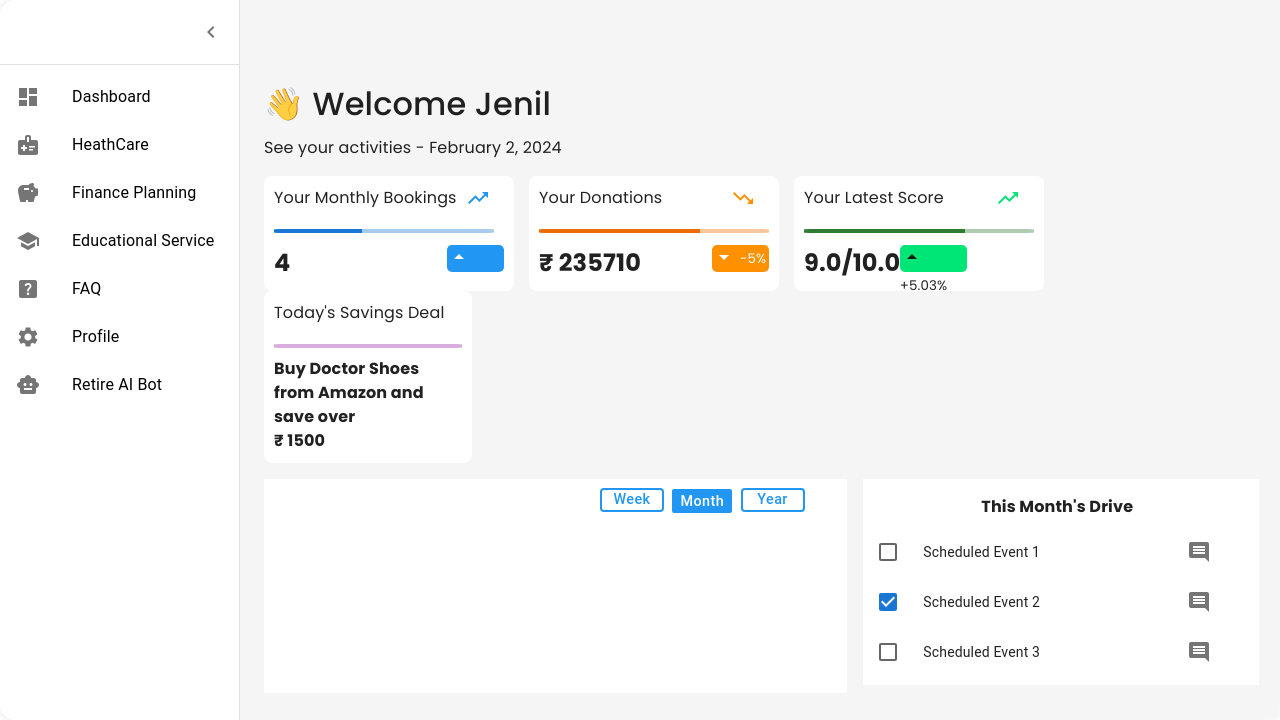
Repository: shubhampirate/Google_Solutions_Edural
Page: /dashboard
The author's editor kept a copy of each file at every save. The page is drawn from the files as they stood at one save, then again after the next save.
The browser window is 1280 px wide. The pictures show the whole page.
The page's requests for data from a server got no answer. The project was rebuilt for these pictures with package versions that can differ from the ones it lists, and the page was loaded fresh each time. Some packages were replaced by stand-ins written for this rebuild. No one was signed in, and anything a server would have sent is missing. Also part of the build but not shown: src/Components/CustomButton.jsx, src/Components/Navbar.jsx, src/Components/Footer.jsx, src/Components/CongratsCard.jsx, src/pages/Hero/Hero.jsx, src/pages/Sign_in.jsx.

Above is the page before, as saved 2024-02-03 17:34:17.

### src/index.js
import React from "react";
import ReactDOM from "react-dom/client";
import "./index.css";
import { GoogleOAuthProvider } from '@react-oauth/google';
import App from "./App";
import { BrowserRouter } from "react-router-dom";
const root = ReactDOM.createRoot(
    document.getElementById("root"));
root.render(
    <BrowserRouter>
<GoogleOAuthProvider clientId="730379698185-cv7a59sok9sod43v04ee6g6pt4gtaea2.apps.googleusercontent.com">
        {/* <React.StrictMode> */}
            <App />
        {/* </React.StrictMode> */}
    </GoogleOAuthProvider>
    </BrowserRouter>

);

### src/App.jsx
import Hero from "./pages/Hero/Hero";
import Dashboard from "./pages/Dashboard/Dashboard";
import SignIn from "./pages/Sign_in";
import {useState} from "react";
import { Route, Routes } from "react-router-dom";
function App() {
  return (
    <>
      {/* <Hero />   */}
      {/* <SignIn /> */}
      <Routes>
        <Route path="/signin" element={<><SignIn /></>} />
        <Route path="/dashboard" element={<><Dashboard /></>} />
        {/* <Route path="/education" element={<><Education /></>} /> */}
        {/* <Route path="/health" element={<><Health /></>} /> */}
        {/* <Route path="/profile" element={<><Profile /></>} /> */}
        {/* <Route path="/finance" element={<><Finance /></>} /> */}
        {/* <Route path="/questions" element={<><Questions /></>} /> */}
        {/* <Route path="/retireaibot" element={<><Bot /></>} /> */}
        <Route path="/" element={<><Hero /></>} />
      </Routes>
         </>
  );
}

export default App;

### src/pages/Dashboard/Dashboard.jsx
import * as React from 'react';
import { styled, createTheme, ThemeProvider } from '@mui/material/styles';
import CssBaseline from '@mui/material/CssBaseline';
import MuiDrawer from '@mui/material/Drawer';
import Box from '@mui/material/Box';
import MuiAppBar from '@mui/material/AppBar';
import Toolbar from '@mui/material/Toolbar';
import {
  LinearProgress, ListItem, CircularProgress, Checkbox, ListItemText, Dialog, DialogActions, DialogContent,
  DialogContentText, DialogTitle, ListItemIcon, ListItemButton
} from '@mui/material';
import TrendingUpIcon from '@mui/icons-material/TrendingUp';
// import { PieChart } from '@mui/x-charts/PieChart';
// import { useDrawingArea } from '@mui/x-charts/hooks';
import TrendingDownIcon from '@mui/icons-material/TrendingDown';
import List from '@mui/material/List';
import Divider from '@mui/material/Divider';
import IconButton from '@mui/material/IconButton';
import ArrowDropUpIcon from '@mui/icons-material/ArrowDropUp';
import ArrowDropDownIcon from '@mui/icons-material/ArrowDropDown';
import Grid from '@mui/material/Grid';
import MenuIcon from '@mui/icons-material/Menu';
import ChevronLeftIcon from '@mui/icons-material/ChevronLeft';
import { mainListItems } from '../../Components/listItems';
import axios from 'axios';
import Button from '@mui/material/Button';
import CommentIcon from '@mui/icons-material/Comment';
import Swal from 'sweetalert2';
import { useState } from 'react';
import { useEffect } from 'react';
// import { Bar } from "react-chartjs-2";
// import { BarElement, CategoryScale, Chart as ChartJS, Legend, LinearScale, Title, Tooltip } from "chart.js";
// import GoogleTranslateComponent from '../../Components/GoogleTranslateComponent';
// import csacc from "../../media/csacc.png"
// import creditscoremodel from "../../media/creditscoremodel.png"
// import creditflow from "../../media/creditflowchart.png"
// ChartJS.register(CategoryScale, LinearScale, BarElement, Title, Tooltip, Legend);

const drawerWidth = 240;

const AppBar = styled(MuiAppBar, {
  shouldForwardProp: (prop) => prop !== 'open',
})(({ theme, open }) => ({
  zIndex: theme.zIndex.drawer + 1,
  transition: theme.transitions.create(['width', 'margin'], {
    easing: theme.transitions.easing.sharp,
    duration: theme.transitions.duration.leavingScreen,
  }),
  ...(open && {
    marginLeft: drawerWidth,
    width: `calc(100% - ${drawerWidth}px)`,
    transition: theme.transitions.create(['width', 'margin'], {
      easing: theme.transitions.easing.sharp,
      duration: theme.transitions.duration.enteringScreen,
    }),
  }),
}));

const Drawer = styled(MuiDrawer, { shouldForwardProp: (prop) => prop !== 'open' })(
  ({ theme, open }) => ({
    '& .MuiDrawer-paper': {
      position: 'relative',
      whiteSpace: 'nowrap',
      width: drawerWidth,
      transition: theme.transitions.create('width', {
        easing: theme.transitions.easing.sharp,
        duration: theme.transitions.duration.enteringScreen,
      }),
      boxSizing: 'border-box',
      ...(!open && {
        overflowX: 'hidden',
        transition: theme.transitions.create('width', {
          easing: theme.transitions.easing.sharp,
          duration: theme.transitions.duration.leavingScreen,
        }),
        width: theme.spacing(7),
        [theme.breakpoints.up('sm')]: {
          width: theme.spacing(9),
        },
      }),
    },
  }),
);

var currentDate = new Date();

var months = [
  "January", "February", "March", "April", "May", "June",
  "July", "August", "September", "October", "November", "December"
];

var formattedDate = months[currentDate.getMonth()] + " " + currentDate.getDate() + ", " + currentDate.getFullYear();

const defaultTheme = createTheme();

export default function Dashboard() {
  const [open, setOpen] = React.useState(true);
  const toggleDrawer = () => {
    setOpen(!open);
  };

  const [expensedata, setExpensedata] = useState([])

  useEffect(() => {
    loadList();
  }, []);


  const loadList = async () => {
    const result = await axios.get(`https://wixstocle.pythonanywhere.com/api/expense/`, {
      headers: { "Authorization": `Token 11c868750d92deda81638c5a9a59177bdc7ae41a` },
    });
    console.log(result.data.data);
    setExpensedata(result.data.data);
  }

  const getLabels = () => expensedata.slice(-5).map(data => data.date);

  const getData = (key) => expensedata.slice(-5).map(data => data[key]);

  const optionsexpense = {
    indexAxis: 'x',
    elements: {
      bar: {
        borderWidth: 0,
      },
    },
    responsive: true,
    interaction: {
      mode: 'index',
      intersect: false,
    },
    scales: {
      x: {
        stacked: false,
      },
      y: {
        stacked: false,
      },
    },
    plugins: {
      legend: {
        position: 'top',
      }
    },
  };

  const dataexpense = {
    labels: getLabels(),
    datasets: [
      {
        label: 'Revenue',
        data: getData('income'),
        backgroundColor: '#2196f3',
      },
      {
        label: 'Spendings',
        data: getData('expense'),
        backgroundColor: '#ff9100',
      },
      {
        label: 'Savings',
        data: getData('savings'),
        backgroundColor: '#00e676',
      },
    ],
  };

  const today = new Date();
  const year = today.getFullYear();
  const month = String(today.getMonth() + 1).padStart(2, '0'); // Months are zero-based
  const day = String(today.getDate()).padStart(2, '0');

  const todayDate = `${year}-${month}-${day}`;

  const [userData, setUserData] = React.useState({
    income: '',
    savings: '',
    expense: '',
    date: todayDate,
    user: "tony@gmail.com"
  });

  const handleChangePlan = (field, value) => {
    setUserData((prevData) => ({ ...prevData, [field]: value }));
  };
  const creditscore = 87.4;

  const handlePostData = () => {
    console.log(userData);
    fetch(`https://wixstocle.pythonanywhere.com/api/expense/`, {
      method: 'POST',
      headers: {
        "Authorization": `Token 11c868750d92deda81638c5a9a59177bdc7ae41a`,
        'Content-Type': 'application/json',
      },
      body: JSON.stringify(userData),
    })
      .then((response) => response.json())
      .then((data) => {
        // console.log(data);
        if (data.status == true) {
          Swal.fire({
            icon: 'success',
            title: 'Successfully Saved the details',
            showConfirmButton: false,
            timer: 3000
          })
          setExpensedata([...expensedata, userData]);
        }
        else {
          Swal.fire({
            icon: 'error',
            title: data.message,
            showConfirmButton: false,
            timer: 3000
          })
        }
      });
  };


//   function PieCenterLabel({ children }) {
//     const { width, height, left, top } = useDrawingArea();
//     return (
//       <StyledText x={left + width / 2} y={top + height / 2}>
//         {children}
//       </StyledText>
//     );
//   }

  const [checked, setChecked] = React.useState([1]);

  const handleToggle = (value) => () => {
    const currentIndex = checked.indexOf(value);
    const newChecked = [...checked];

    if (currentIndex === -1) {
      newChecked.push(value);
    } else {
      newChecked.splice(currentIndex, 1);
    }

    setChecked(newChecked);
  };

//   const [openDia, setOpenDia] = useState(false);
//   const handleClickOpenDia = () => { setOpenDia(true); };
//   const handleCloseDia = () => { setOpenDia(false); };


  return (
    <ThemeProvider theme={defaultTheme}>
      <Box sx={{ display: 'flex', borderRadius: '16px', overflow: 'hidden', boxShadow: '0px 0px 10px rgba(0, 0, 0, 0.1)' }} >
        <CssBaseline />
        <AppBar position="absolute" open={open} sx={{ backgroundColor: "whitesmoke", boxShadow: 'none' }}>
          <Toolbar
            sx={{
              pr: '24px', // keep right padding when drawer closed
              display: 'flex',
              alignItems: 'center',
              justifyContent: 'space-between',
            }}>
            <Box sx={{ display: 'flex', alignItems: 'center' }}>
              <IconButton
                edge="start"
                aria-label="open drawer"
                onClick={toggleDrawer}
                sx={{
                  marginRight: '36px',
                  ...(open && { display: 'none' }),
                  backgroundColor: "#fff"
                }}>
                <MenuIcon />
              </IconButton>
            </Box>
          </Toolbar>
        </AppBar>
        <Drawer variant="permanent" open={open}>
          <Toolbar
            sx={{
              display: 'flex',
              alignItems: 'center',
              justifyContent: 'flex-end',
              px: [1],
            }}
          >
            {/* <GoogleTranslateComponent /> */}
            <IconButton onClick={toggleDrawer}>
              <ChevronLeftIcon />
            </IconButton>
          </Toolbar>
          <Divider />
          <List component="nav">
            {mainListItems}
          </List>
        </Drawer>
        <Box
          component="main"
          sx={{
            backgroundColor: (theme) =>
              theme.palette.mode === 'light'
                ? theme.palette.grey[100]
                : theme.palette.grey[900],
            flexGrow: 1,
            height: '100vh',
            overflow: 'auto',
          }}>
          <Toolbar />
          <Grid container spacing={2} marginTop="0.02rem" paddingLeft={3} paddingRight={2}>
            <Grid item xs={12}>
              <div style={{ fontSize: "2rem", fontWeight: "500" }}>👋 Welcome Jenil</div>
            </Grid>
            <Grid item xs={12} marginTop="-0.5rem">
              <div>See your activities - {formattedDate} </div>
            </Grid>
          </Grid>
          <Grid container spacing={2} marginTop="1rem" paddingLeft={5} paddingRight={2}>
            <Grid item xs={12} md={3} style={{ backgroundColor: "white", padding: "10px", marginRight: "15px", borderRadius: "0.5rem" }}>
              <Grid item xs={12}>
                <Grid container>
                  <Grid item xs={10}><div>Your Monthly Bookings</div></Grid>
                  <Grid item xs={2}><TrendingUpIcon sx={{ color: "#2196f3" }} /></Grid>
                </Grid>
                <Grid item xs={12}>
                  <LinearProgress variant="determinate" value={40} sx={{ color: "#2196f3", borderRadius: "10%", margin: "12px 10px 12px 0px" }} />
                </Grid>
                <Grid item xs={12}>
                  <Grid container>
                    <Grid item xs={9}>
                       <div style={{ fontSize: "1.5rem", fontWeight: "550" }}> 4</div>
                    </Grid>
                    <Grid item xs={3} style={{ backgroundColor: "#2196f3", color: "white", borderRadius: "5px", height: "1.65rem" }}>
                      <ArrowDropUpIcon /> <sup>+10%</sup>
                    </Grid>
                  </Grid>
                </Grid>
              </Grid>
            </Grid>
            <Grid item xs={12} md={3} style={{ backgroundColor: "white", padding: "10px", marginRight: "15px", borderRadius: "0.5rem" }}>
              <Grid item xs={12}>
                <Grid container>
                  <Grid item xs={10}><div>Your Donations</div></Grid>
                  <Grid item xs={2}><TrendingDownIcon sx={{ color: "#ff9100" }} /></Grid>
                </Grid>
                <Grid item xs={12}>
                  <LinearProgress variant="determinate" value={70} color='warning' sx={{ borderRadius: "10%", margin: "12px 0px" }} />
                </Grid>
                <Grid item xs={12}>
                  <Grid container>
                    <Grid item xs={9}>
                   <div style={{ fontSize: "1.5rem", fontWeight: "550" }}>₹ 235710</div>
                    </Grid>
                    <Grid item xs={3} style={{ backgroundColor: "#ff9100", color: "white", borderRadius: "5px", height: "1.65rem" }}>
                      <ArrowDropDownIcon /> <sup>-5%</sup>
                    </Grid>
                  </Grid>
                </Grid>
              </Grid>
            </Grid>
            <Grid item xs={12} md={3} style={{ backgroundColor: "white", padding: "10px", marginRight: "15px", borderRadius: "0.5rem" }}>
              <Grid item xs={12}>
                <Grid container>
                  <Grid item xs={10}><div>Your Latest Score</div></Grid>
                  <Grid item xs={2}><TrendingUpIcon sx={{ color: "#00e676" }} /></Grid>
                </Grid>
                <Grid item xs={12}>
                  <LinearProgress variant="determinate" value={70} color="success" style={{ borderRadius: "10%", margin: "12px 0px" }} />
                </Grid>
                <Grid item xs={12}>
                  <Grid container>
                    <Grid item xs={5}>
 <div style={{ fontSize: "1.5rem", fontWeight: "550" }}> 9.0/10.0</div>
                    </Grid>
                    <Grid item xs={3.5} style={{ backgroundColor: "#00e676", borderRadius: "5px", height: "1.65rem" }}>
                      <ArrowDropUpIcon /> <sup>+5.03%</sup>
                    </Grid>
                  </Grid>
                </Grid>
              </Grid>
            </Grid>
            <Grid item xs={12} md={2.5} style={{ backgroundColor: "white", padding: "10px", borderRadius: "0.5rem" }}>
              <Grid container spacing={2}>
                <Grid item xs={12}>Today's Savings Deal</Grid>
                <Grid item xs={12}>
                  <LinearProgress variant="determinate" value={0} color='secondary' sx={{ borderRadius: "10%", margin: "3px 0px" }} />
                </Grid>
                <Grid item xs={12} sx={{ fontWeight: "550", marginTop: "-10px" }}>Buy Doctor Shoes from Amazon and save over <br />₹ 1500</Grid>
              </Grid>
            </Grid>
          </Grid>
          <Grid container spacing={2} marginTop="1rem" paddingLeft={5} paddingRight={2} marginBottom={2}>
            <Grid item xs={7} sx={{ backgroundColor: "white", padding: "5px", marginRight: "1rem" }}>
              <Grid container spacing={2} padding={1}>
                <Grid xs={7}></Grid>
                <Grid xs={1.5}><Button style={{
                  borderColor: "#2196f3", color: "#2196f3", height: "1.5rem", textTransform: "capitalize",
                  fontSize: "0.9rem", border: "2px solid", textAlign: "left"
                }}>Week</Button></Grid>
                <Grid xs={1.5}><Button style={{
                  backgroundColor: "#2196f3", color: "white", height: "1.75rem", textTransform: "capitalize",
                  fontSize: "0.9rem", border: "2px solid", textAlign: "left"
                }}>Month</Button></Grid>
                <Grid xs={1}><Button style={{
                  borderColor: "#2196f3", color: "#2196f3", height: "1.5rem", textTransform: "capitalize",
                  fontSize: "0.9rem", border: "2px solid", textAlign: "left"
                }}>Year</Button></Grid>
                <Grid xs={12} marginTop={2}>
                  {/* <Bar options={optionsexpense} data={dataexpense} /> */}
                </Grid>
              </Grid>
            </Grid>
            <Grid item xs={4.75} >
              <Grid container spacing={2} >

                <Grid item xs={12}>
                  <Grid container spacing={2} sx={{ backgroundColor: "white", marginBottom: "0.5rem" }}>
                    <Grid item xs={12} style={{ textAlign: "center", marginLeft: "-0.75rem", fontWeight: "600" }}>This Month's Drive</Grid>
                    <List sx={{ width: '100%', maxWidth: 360, bgcolor: 'background.paper' }}>
                      {[0, 1, 2].map((value) => {
                        const labelId = `checkbox-list-label-${value}`;
                        return (
                          <ListItem
                            key={value}
                            secondaryAction={
                              <IconButton edge="end" aria-label="comments">
                                <CommentIcon />
                              </IconButton>
                            }
                            disablePadding
                          >
                            <ListItemButton role={undefined} onClick={handleToggle(value)} dense>
                              <ListItemIcon>
                                <Checkbox
                                  edge="start"
                                  checked={checked.indexOf(value) !== -1}
                                  tabIndex={-1}
                                  disableRipple
                                  inputProps={{ 'aria-labelledby': labelId }}
                                />
                              </ListItemIcon>
                              <ListItemText id={labelId} style={{ marginLeft: "-0.75rem" }} primary={`Scheduled Event ${value + 1}`} />
                            </ListItemButton>
                          </ListItem>
                        );
                      })}
                    </List>
                  </Grid>
                </Grid>
              </Grid>
            </Grid>
          </Grid>

        </Box>
      </Box >
    </ThemeProvider >
  );
}

### src/Components/listItems.jsx
import * as React from 'react';
import ListItemButton from '@mui/material/ListItemButton';
import ListItemIcon from '@mui/material/ListItemIcon';
import ListItemText from '@mui/material/ListItemText';
import DashboardIcon from '@mui/icons-material/Dashboard';
import MedicalInformationIcon from '@mui/icons-material/MedicalInformation';
import SavingsIcon from '@mui/icons-material/Savings';
import SchoolIcon from '@mui/icons-material/School';
import HelpCenterIcon from '@mui/icons-material/HelpCenter';
import SettingsIcon from '@mui/icons-material/Settings';
import SmartToyIcon from '@mui/icons-material/SmartToy';
import { Link } from 'react-router-dom';
// import GoogleTranslateComponent from './GoogleTranslateComponent';


export const mainListItems = (
  <>
    <React.Fragment>
      <Link to="/dashboard" style={{ textDecoration: "none", color: "black" }}>
        <ListItemButton>
          <ListItemIcon>
            <DashboardIcon />
          </ListItemIcon>
          <ListItemText primary="Dashboard" />
        </ListItemButton>
      </Link>
      <Link to="/health" style={{ textDecoration: "none", color: "black" }}>
        <ListItemButton>
          <ListItemIcon>
            <MedicalInformationIcon />
          </ListItemIcon>
          <ListItemText primary="HeathCare" />
        </ListItemButton>
      </Link>
      <Link to="/finance" style={{ textDecoration: "none", color: "black" }}>
        <ListItemButton>
          <ListItemIcon>
            <SavingsIcon />
          </ListItemIcon>
          <ListItemText primary="Finance Planning" />
        </ListItemButton>
      </Link>
      <Link to="/education" style={{ textDecoration: "none", color: "black" }}>
        <ListItemButton>
          <ListItemIcon>
            <SchoolIcon />
          </ListItemIcon>
          <ListItemText primary="Educational Service" />
        </ListItemButton>
      </Link>
      <Link to="/questions" style={{ textDecoration: "none", color: "black" }}>
        <ListItemButton>
          <ListItemIcon>
            <HelpCenterIcon />
          </ListItemIcon>
          <ListItemText primary="FAQ" />
        </ListItemButton>
      </Link>
      <Link to="/profile" style={{ textDecoration: "none", color: "black" }}>
        <ListItemButton>
          <ListItemIcon>
            <SettingsIcon />
          </ListItemIcon>
          <ListItemText primary="Profile" />
        </ListItemButton>
      </Link>
      <Link to="/retireaibot" style={{ textDecoration: "none", color: "black" }}>
        <ListItemButton>
          <ListItemIcon>
            <SmartToyIcon />
          </ListItemIcon>
          <ListItemText primary="Retire AI Bot" />
        </ListItemButton>
      </Link>
    </React.Fragment >
  </>
);

// export const secondaryListItems = (
//   <React.Fragment>
//     <ListSubheader component="div" inset>
//       Saved reports
//     </ListSubheader>
//     <ListItemButton>
//       <ListItemIcon>
//         <AssignmentIcon />
//       </ListItemIcon>
//       <ListItemText primary="Current month" />
//     </ListItemButton>
//     <ListItemButton>
//       <ListItemIcon>
//         <AssignmentIcon />
//       </ListItemIcon>
//       <ListItemText primary="Last quarter" />
//     </ListItemButton>
//     <ListItemButton>
//       <ListItemIcon>
//         <AssignmentIcon />
//       </ListItemIcon>
//       <ListItemText primary="Year-end sale" />
//     </ListItemButton>
//   </React.Fragment>
// );

Loaded but not shown: public/index.html (common file); src/index.css (common file)

After the next save:
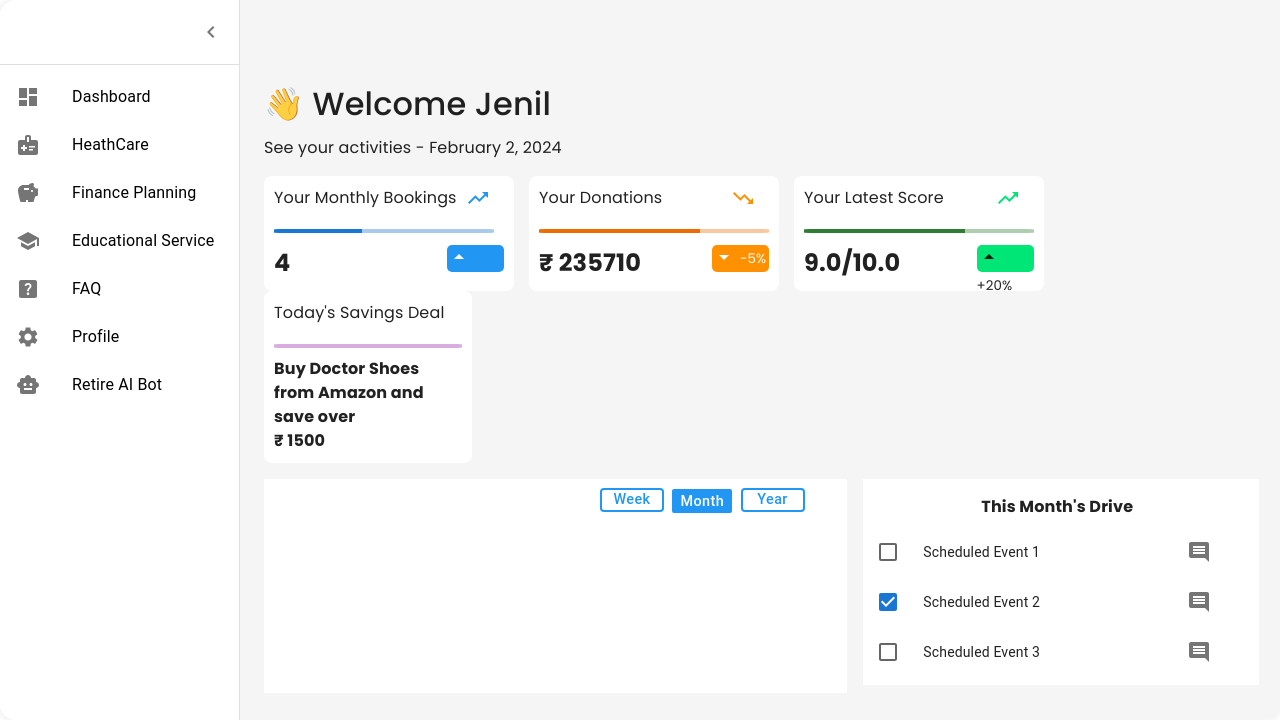
Saved 17 s later.
--- a/src/pages/Dashboard/Dashboard.jsx
+++ b/src/pages/Dashboard/Dashboard.jsx
@@ -369,11 +369,11 @@ export default function Dashboard() {
                 </Grid>
                 <Grid item xs={12}>
                   <Grid container>
-                    <Grid item xs={5}>
+                    <Grid item xs={9}>
  <div style={{ fontSize: "1.5rem", fontWeight: "550" }}> 9.0/10.0</div>
                     </Grid>
-                    <Grid item xs={3.5} style={{ backgroundColor: "#00e676", borderRadius: "5px", height: "1.65rem" }}>
-                      <ArrowDropUpIcon /> <sup>+5.03%</sup>
+                    <Grid item xs={3} style={{ backgroundColor: "#00e676", borderRadius: "5px", height: "1.65rem" }}>
+                      <ArrowDropUpIcon /> <sup>+20%</sup>
                     </Grid>
                   </Grid>
                 </Grid>
